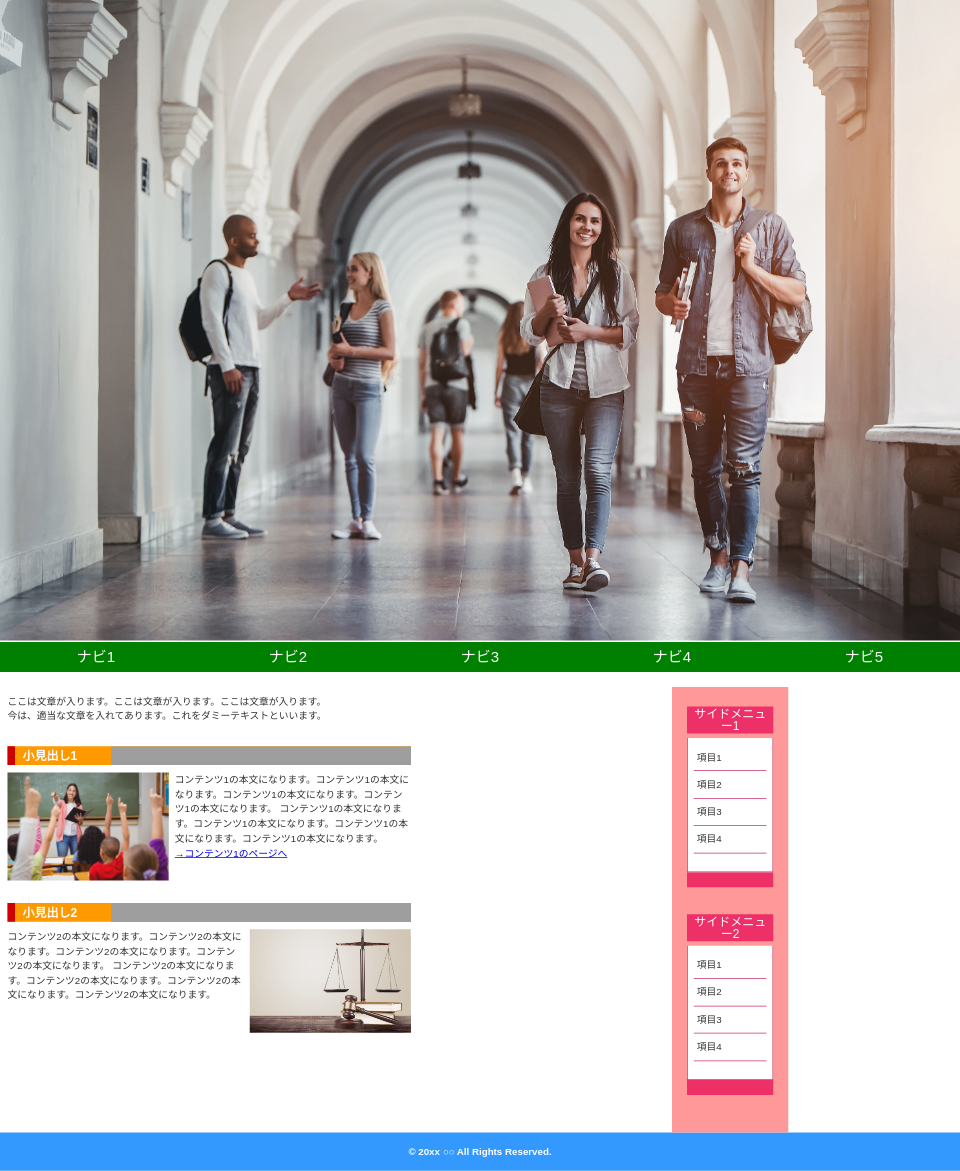
Repository: meinerscherzi/samurai_HTML-CSS
Page: index.html
The author's editor kept a record of every edit. The page is drawn from the files as they stood at one moment, then again after the next edit.
The browser window is 1280 px wide. The pictures show the whole page, at 75% of full size.
Pictures or frames that could not be fetched are drawn as grey boxes.

Above is the page before.

### index.html
 <!DOCTYPE html>
<html lang="ja">
    <head>
        <meta charset="UTF-8">
        <title>HTML/CSSの学習</title>
        <link rel="stylesheet" href="stylesheet.css">
    </head>
    <body>
        <div id="header">
            <h1><a href="index.html"><img id="corridor" src="images/corridor.jpg" alt="大学の廊下" /></a></h1>
        </div>
        <div id="wrapper">
            <div id="nav">
                <ul>
                    <li><a href="home.html">ナビ1</a></li>
                    <li><a href="#">ナビ2</a></li>
                    <li><a href="#">ナビ3</a></li>
                    <li><a href="#">ナビ4</a></li>
                    <li><a href="#">ナビ5</a></li>
                </ul>
            </div>
            <div id="container">
                <div id="main">
                    <div class="post">
                        <p>ここは文章が入ります。ここは文章が入ります。ここは文章が入ります。<br />今は、適当な文章を入れてあります。これをダミーテキストといいます。</p>
                    </div>
                    <div class="post clearfix">
                        <h2>小見出し1</h2>
                        <img class="left" src="images/classroom.jpg" alt="授業風景" />
                        <p>
                            コンテンツ1の本文になります。コンテンツ1の本文になります。コンテンツ1の本文になります。コンテンツ1の本文になります。
                            コンテンツ1の本文になります。コンテンツ1の本文になります。コンテンツ1の本文になります。コンテンツ1の本文になります。
                        </p>
                        <p><a href="#">→コンテンツ1のページへ</a></p>
                    </div>
                    <div class="post clearfix">
                        <h2>小見出し2</h2>
                        <img class="right" src="images/scale.jpg" alt="天秤" />
                        <p>
                            コンテンツ2の本文になります。コンテンツ2の本文になります。コンテンツ2の本文になります。コンテンツ2の本文になります。
                            コンテンツ2の本文になります。コンテンツ2の本文になります。コンテンツ2の本文になります。コンテンツ2の本文になります。
                        </p>
                    </div>
                </div>
                <div id="side">
                    <div class="box">
                        <h2>サイドメニュー1</h2>
                        <div class="boxBody">
                            <ul>
                                <li>項目1</li>
                                <li>項目2</li>
                                <li>項目3</li>
                                <li>項目4</li>
                            </ul>
                        </div>
                    </div>
                    <div class="box">
                        <h2>サイドメニュー2</h2>
                        <div class="boxBody">
                            <ul>
                                <li>項目1</li>
                                <li>項目2</li>
                                <li>項目3</li>
                                <li>項目4</li>
                            </ul>
                        </div>
                    </div>
                </div>
            </div>
        </div>
        <div id="footer">
            <p>&copy; 20xx ○○ All Rights Reserved.</p>
        </div>
    </body>
</html>

### stylesheet.css
@charset "utf-8";

body {
	margin: 0;
	padding: 0;
	font-family: "ヒラギノ角ゴ Pro W3", "Hiragino Kaku Gothic Pro", "メイリオ", Meiryo, Osaka, "ＭＳ Ｐゴシック", "MS PGothic", sans-serif;
	color: #333;
	font-size: 13px;
	line-height: 150%;
}

/* -------------------- wrapper -------------------- */
#wrapper {
    width: 100%;
    margin: auto;
    padding: 0px;
    border: 0px;
    background-color: #FFF;
    top: 10px;
}
/* -------------------- header -------------------- */
#header {
	width: 100%;
}
#header h1 {
	margin: 0;
	padding: 0;
}
#corridor {
	width: 100%;
	height: auto;
}
/* -------------------- footer -------------------- */
#footer {
	clear: both;
	width: 100%;
	padding: 3px 0 3px 0;
	background: #39F;
	color: #FFF;
	font-weight: bold;
	text-align: center;
}
/* -------------------- nav -------------------- */
#nav {
	width: 100%;
}
#nav ul {
	display: flex;
	margin: 0;
	padding: 0;
	list-style-type: none;
}
#nav ul li {
	/*float: left;*/
    width: 20%;
    text-align: center;
}
#nav ul li a {
	display: block;
	height: 20px;
	margin: 0;
	padding: 10px;
	color: #FFF;
	font-size: 20px;
	text-decoration: none;
	background-color: green;
}
#nav ul li a:hover {
	filter: drop-shadow(10px 10px 10px black);
}
/* -------------------- container -------------------- */
#container {
	width: 100%;
	margin: auto;
	padding: auto;
	padding-top: 20px;
	clear: both;
	display: grid;
	grid-template-columns: 70vw 30vw;
}
/* -------------------- main -------------------- */
#main {
	float: left;
	width: 60%;
	padding: 10px 30px 10px 10px;
}
#main h2 {
	margin: 0 0 10px 0;
	padding: 3px 10px 3px 10px;
	color: #FFF;
	font-size: 16px;
	border-left: solid 10px #C00;
	background: #F90 url(../images/main_h2.jpg) right top repeat-y;
}

#main p {
	margin: 0;
	padding: 0;
}
#main .post {
	margin: 0 0 30px 0;
}
#main .post img.right {
	margin: 0 0 0 8px;
}
#main .post img.left {
	margin: 0 8px 0 0;
}
.right {
	float: right;
	width: 40%;
	height: auto;
}
.left {
	float: left;
	width: 40%;
	height: auto;
}
/* -------------------- clearfix -------------------- */
.clearfix {
	zoom: 1;
}
.clearfix:after{
	content: "";
	display: block;
	clear: both;
}
/* -------------------- side -------------------- */
#side {
	float: right;
	width: 30%;
	padding: 20px;
	background-color: #F99;
}
#side .box {
	margin: 0 auto 30px auto;
	padding: 0 0 20px 0;
	background: url(images/side_box.png) bottom no-repeat;
}
#side .box h2 {
	margin: 0;
	padding: 8px;
	text-align: center;
	color: #fff;
	font-size: 16px;
	line-height: 16px;
	font-weight: normal;
	background: url(images/side_box_h2.png) center no-repeat;
}
#side .box .boxBody {
	padding: 8px;
	border-right: solid 1px #C36;
	border-bottom: solid 1px #C36;
	border-left: solid 1px #C36;
	background: #fff;
}
#side .box .boxBody ul {
	margin: 0 0 16px 0;
	padding: 0;
}
#side .box .boxBody ul li {
	padding: 8px 0 8px 4px;
	list-style: none;
	border-bottom: solid 1px #C36;
}
#side .box .boxBody ul li:hover {
	padding: 8px 0 8px 4px;
	list-style: none;
	border-bottom: solid 1px #C36;
	box-shadow: 0px 4px 4px rgba(0, 0, 0, 0.3);
}

After the next edit:
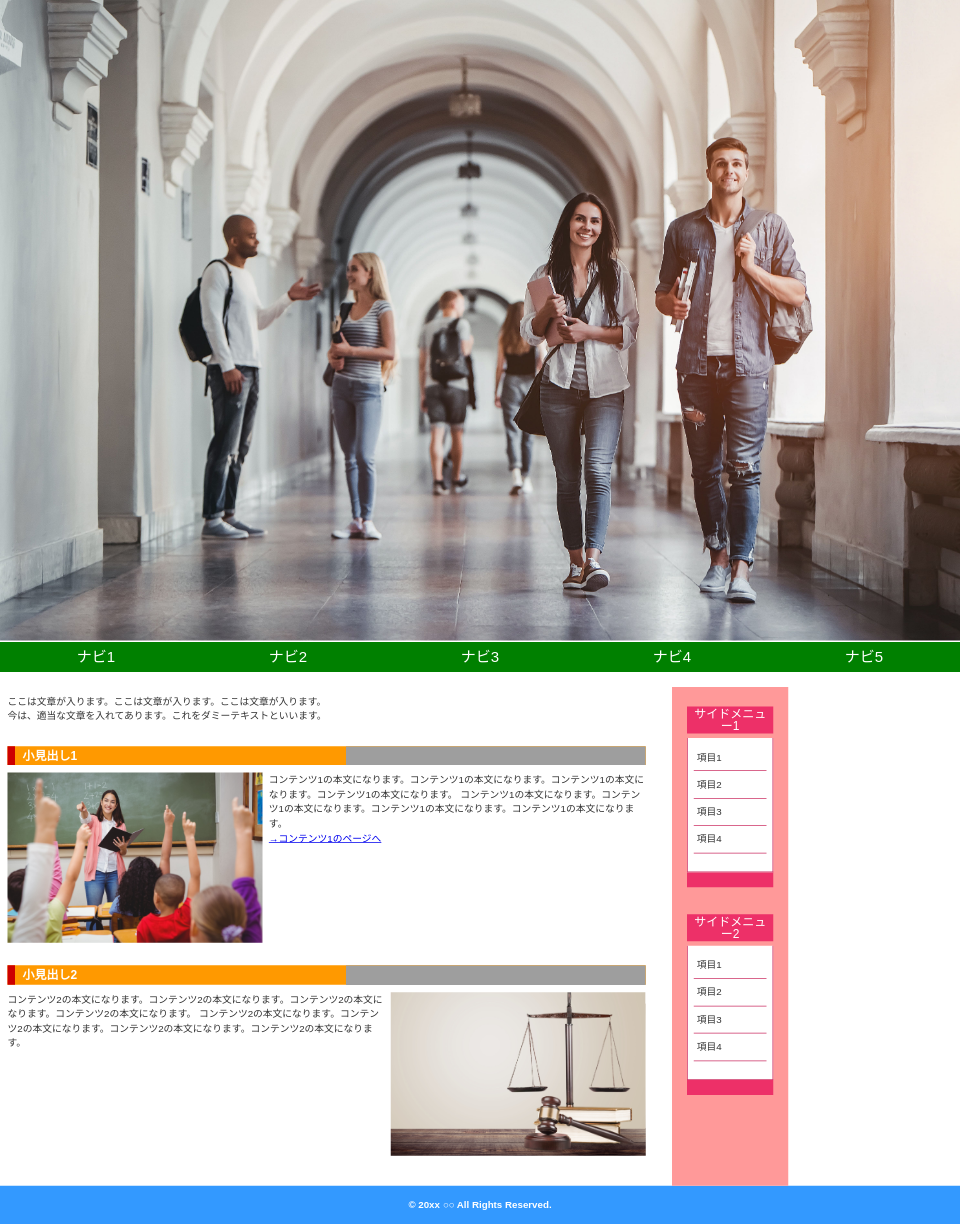
The edit:
--- a/stylesheet.css
+++ b/stylesheet.css
@@ -80,8 +80,9 @@
 }
 /* -------------------- main -------------------- */
 #main {
-	float: left;
-	width: 60%;
+	width: 95%;
+	/*float: left;*/
+	/*width: 60%;*/
 	padding: 10px 30px 10px 10px;
 }
 #main h2 {
